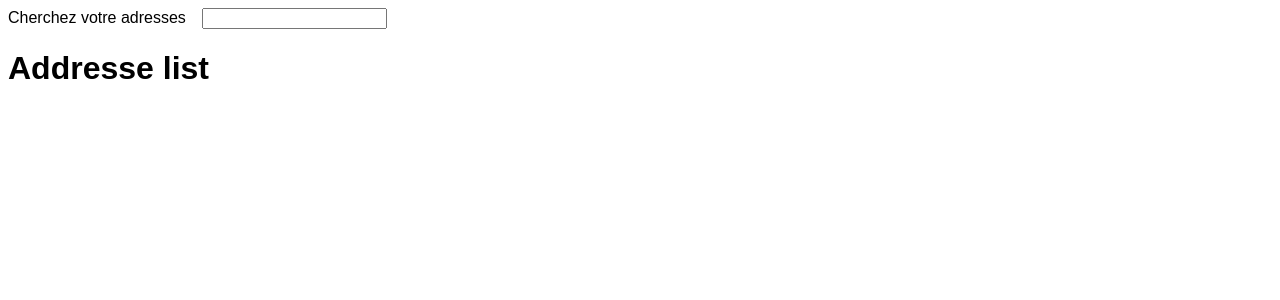
Repository: DnPako/test-forked
Page: /
The author's editor kept a copy of each file at every save. The page is drawn from the files as they stood at one save, then again after a run of saves.
The browser window is 1280 px wide. The pictures show the whole page.
The page's requests for data from a server got no answer. The project was rebuilt for these pictures with package versions that can differ from the ones it lists, and the page was loaded fresh each time. No one was signed in, and anything a server would have sent is missing.

Above is the page before, as saved 2022-02-14 12:47:46.

### src/index.js
import { StrictMode } from "react";
import ReactDOM from "react-dom";
import axios from 'axios';
import { Provider, } from "react-redux";
import { createStore, applyMiddleware, } from "redux";
import createSagaMiddleware from "redux-saga";

import reducers from "./commons/reducers";
import sagas from "./commons/sagas";
import App from "./addresses/App";

axios.defaults.baseURL = 'https://api-adresse.data.gouv.fr';

const sagaMiddleware = createSagaMiddleware();
const store = createStore(reducers, applyMiddleware(sagaMiddleware));

sagaMiddleware.run(sagas);

const rootElement = document.getElementById("root");
ReactDOM.render(
  <Provider store={store}>
    <StrictMode>
      <App />
    </StrictMode>
  </Provider>,
  rootElement
);

### src/commons/reducers/index.js
import { combineReducers, } from "redux";
import AdressesReducer from "../../addresses/redux/addressReducer";

export default combineReducers({
    addresses: AdressesReducer,
});

### src/commons/sagas/index.js
import { all, } from 'redux-saga/effects';
import addressesSagas from '../../addresses/saga/addressesSaga';

export default function* rootSaga() {
    yield all([
        ...addressesSagas,
    ]);
}

### src/addresses/App.js
import { useEffect, } from "react";
import "../styles.css";
import withRedux from "../commons/utils/withRedux";
import stateDispatchers from "./utils/stateDispatchers";
import Address from "./components/Address";
import SearchInput from "./components/SearchInput";

const { mapDispatchToProps, mapStateToProps } = stateDispatchers;

const App = (props) => {
  const {
    addressList,
    handleGetAddresses,
  } = props;

  console.log(addressList);

  useEffect(() => {
    handleGetAddresses();
  }, [handleGetAddresses]);

  return (
    <div className="App">
      <SearchInput />
      <h1>Addresse list</h1>
      <ul>
        <Address addressList={addressList} />
      </ul>
    </div>
  );
}

export default withRedux(mapStateToProps, mapDispatchToProps, App);

### src/addresses/redux/addressReducer.js
const initialState = {
    addressList: [],
};

const setAddresses = (state, { addressList, }) => ({
    ...state,
    addressList,
});

// In case we have other eventual actions we can simply add the function to this object
// No need to change AdressesReducer
const AddressesActions = {
    SET_ADDRESSES: setAddresses,
};

export default function AdressesReducer(state = initialState, action) {
    if (AddressesActions[action.type]) {
        return AddressesActions[action.type](state, action);
    }
    return state;
};

### src/addresses/saga/addressesSaga.js
import {
    call,
    fork,
    put,
    takeEvery,
} from "redux-saga/effects";
import actions from "../redux/actions";
import addressDispatcher from "../redux/addressDispatcher";
import { getAddresses, } from "../services/addressesServices";

const {
    GET_ADDRESSES,
    SET_ADDRESSES,
} = actions;

const {
    setAddresses,
} = addressDispatcher;

function* getAddressesRequest() {
    try {
        const { data: { features: addressList, }, } = yield call(getAddresses);
        yield put(setAddresses(addressList));
    } catch (error) {
        console.log(error);
    }
}

function* watchGetUsers() {
    yield takeEvery(GET_ADDRESSES, getAddressesRequest);
};

const addressesSagas = [
    fork(watchGetUsers),
];

export default addressesSagas;

### src/commons/utils/withRedux.js
import { connect, } from "react-redux";

const withRedux = (mapStateToProps, mapDispatchToProps, Component) => (
    connect(mapStateToProps, mapDispatchToProps)(Component)
);

export default withRedux;

### src/addresses/utils/stateDispatchers.js
import addressDispatcher from "../redux/addressDispatcher";

const { getAddresses, } = addressDispatcher;

const mapStateToProps = ({
    addresses: { addressList, },
}) => ({
    addressList,
});

const mapDispatchToProps = {
    handleGetAddresses: getAddresses,
};

export default {
    mapStateToProps,
    mapDispatchToProps,
}

### src/addresses/components/Address.jsx
const displayAddress = address => {
    const { properties, } =  address;
    return (
        <li key={properties.id}>
            <h2>Label: {properties.label}</h2>
            <ul>
                <li>number: {properties.housenumber}</li>
                <li>street: {properties.street}</li>
                <li>city: {properties.city}</li>
                <li>zipcode: {properties.citycode}</li>
                <li>country: France</li>
                <li>rounded score: {properties.score}</li>
            </ul>
        </li>
    );
};

const Address = (props) => {
    const {
        addressList,
    } = props;
    return (
        <>
            {addressList.length !== 0 && addressList.map(address => displayAddress(address))}
        </>
    );
};

export default Address;

### src/addresses/components/SearchInput.jsx
const labelStyle = {
    marginRight: "1rem",
}

const SearchInput = () => {
    return (
        <>
            <label htmlFor="search" style={{...labelStyle}}>Cherchez votre adresses</label>
            <input type="text" name="name" />
        </>
    );
};

export default SearchInput;

### src/addresses/redux/actions.js
const GET_ADDRESSES = 'GET_ADDRESSES';
const SET_ADDRESSES = 'SET_ADDRESSES';

export default {
    GET_ADDRESSES,
    SET_ADDRESSES,
};

### src/addresses/redux/addressDispatcher.js
import actions from "./actions";

const {
 GET_ADDRESSES,
 SET_ADDRESSES,
} = actions;

const getAddresses = () => ({
    type: GET_ADDRESSES,
});

const setAddresses = addressList => ({
    type: SET_ADDRESSES,
    addressList,
});

export default {
    getAddresses,
    setAddresses,
};

### src/addresses/services/addressesServices.js
import axios from "axios";

export const getAddresses = () => {
    return axios.get('/search', {
        params: {
            q: '8 bd du port',
            limit: 15,
        },
    });
};

Loaded but not shown: public/index.html (common file); src/styles.css (common file)

After the next 2 saves:
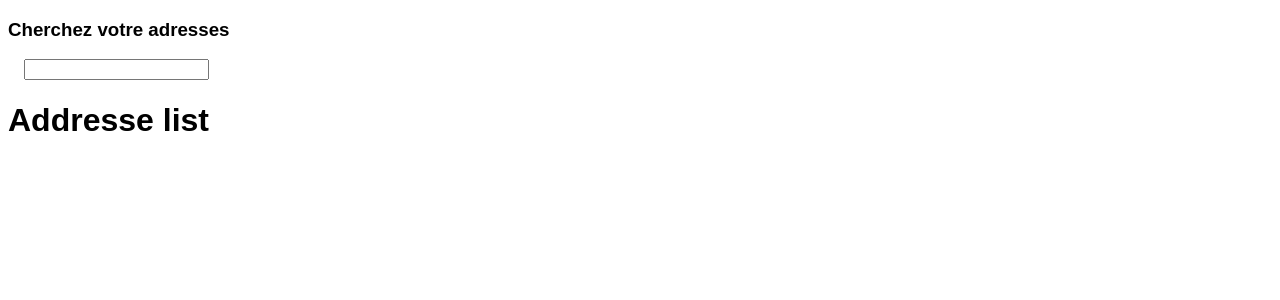
The 2 saves are shown as one change because 1 did not build or start.
The last was saved 54 s later.
--- a/src/addresses/components/SearchInput.jsx
+++ b/src/addresses/components/SearchInput.jsx
@@ -2,10 +2,16 @@ const labelStyle = {
     marginRight: "1rem",
 }
 
+const inputStyle = {
+
+};
+
 const SearchInput = () => {
     return (
         <>
-            <label htmlFor="search" style={{...labelStyle}}>Cherchez votre adresses</label>
+            <label htmlFor="search" style={{ ...labelStyle, }}>
+                <h3>Cherchez votre adresses</h3>
+            </label>
             <input type="text" name="name" />
         </>
     );
